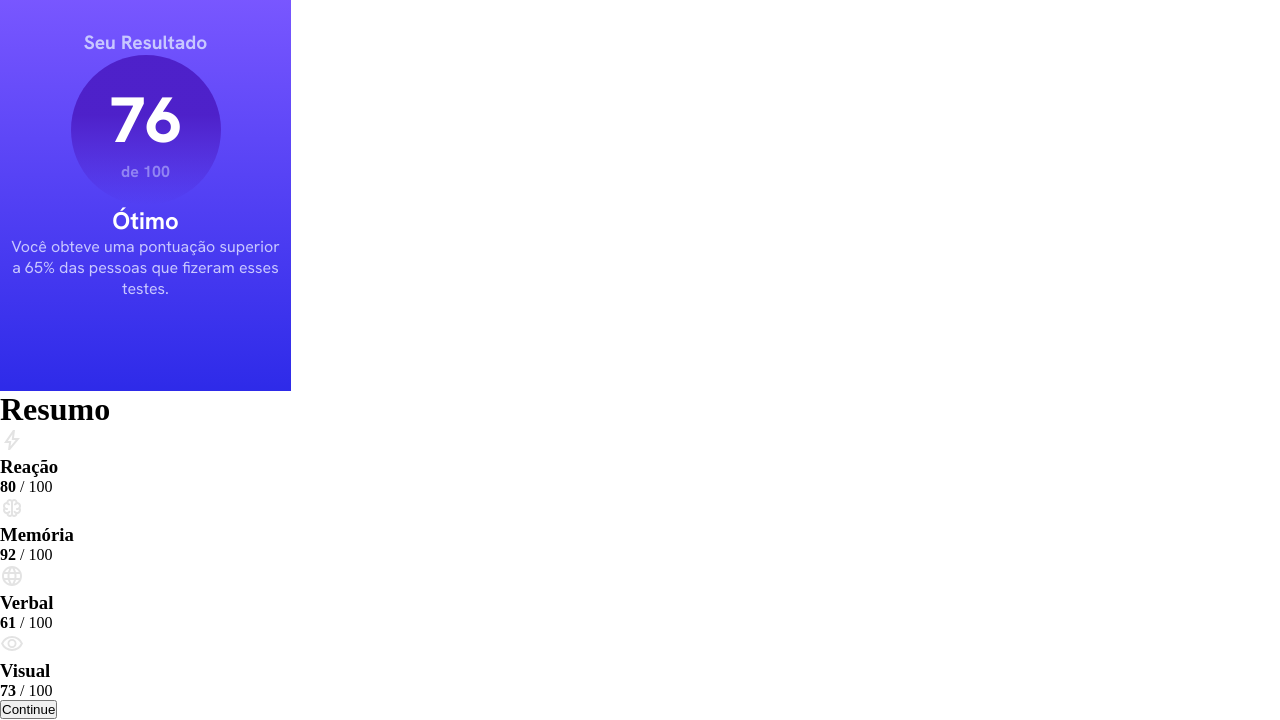
Repository: caique2512/resumo-de-resultados
Page: index.html
The author's editor kept a copy of each file at every save. The page is drawn from the files as they stood at one save, then again after a run of saves.
The browser window is 1280 px wide. The pictures show the whole page.

Above is the page before, as saved 2026-03-09 17:01:11.

After the next 2 saves:
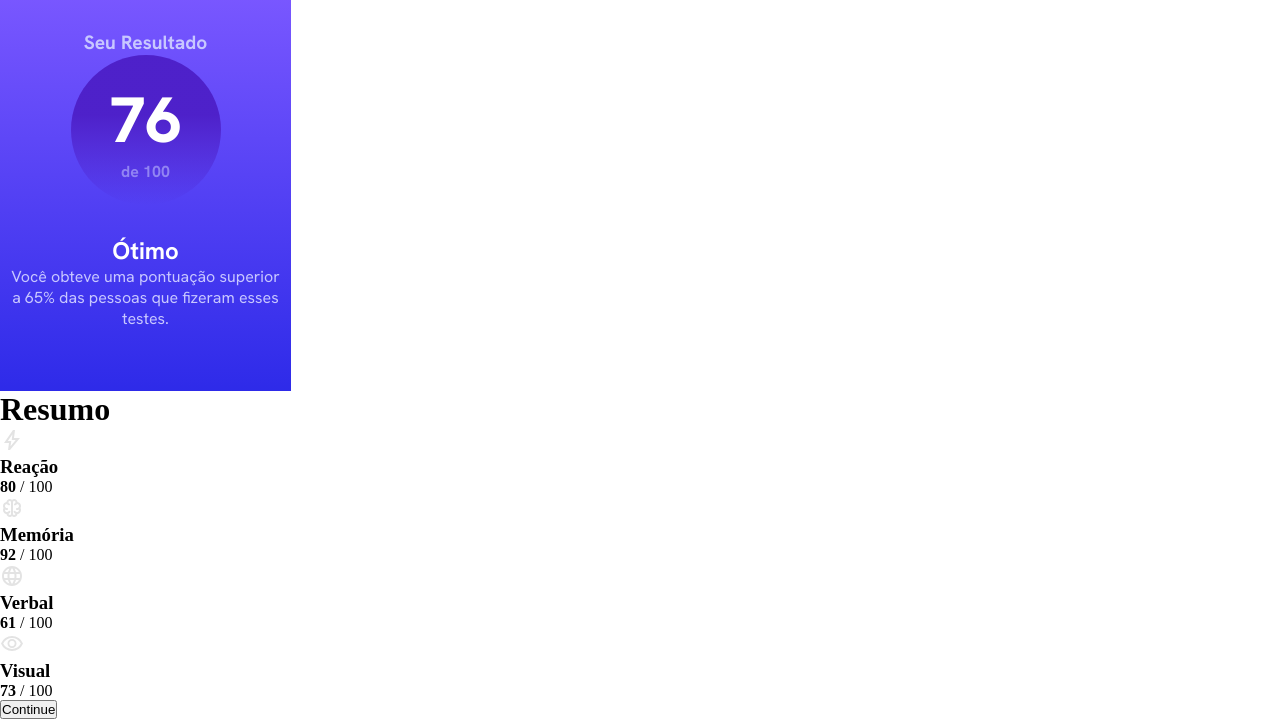
The 2 saves are shown as one change because they came seconds apart.
The last was saved 8 s later.
--- a/src/css/estilos.css
+++ b/src/css/estilos.css
@@ -44,7 +44,7 @@
 .principal .resultado {
     color: white;
     font-family: "Hanken Grotesk";
-    margin-bottom: ;
+    margin-top: 30px;
 
 }
 
